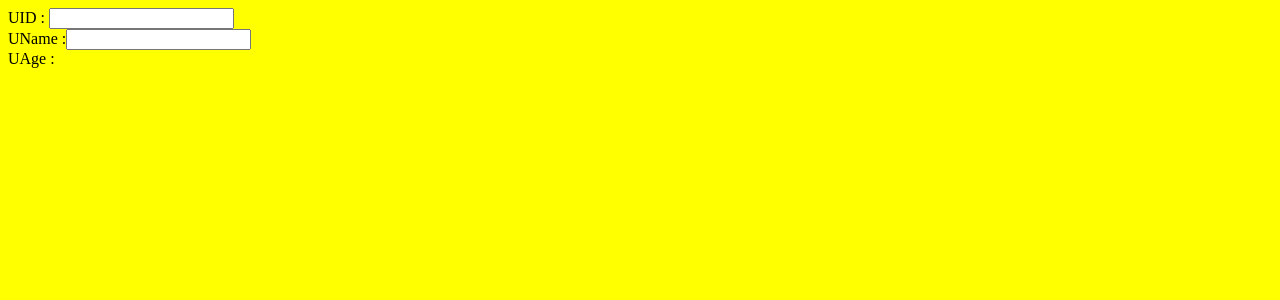
Repository: Thaneshwara848/JSP_Demo
Page: SLProject1/src/main/webapp/Register.html
These files come from the project's save history. The page is drawn as it stood at one moment and after the next save; the edit follows.
The browser window is 1280 px wide. The pictures show the whole page.

Above is the page before, as saved 2022-08-08 15:04:25.

After the next save:
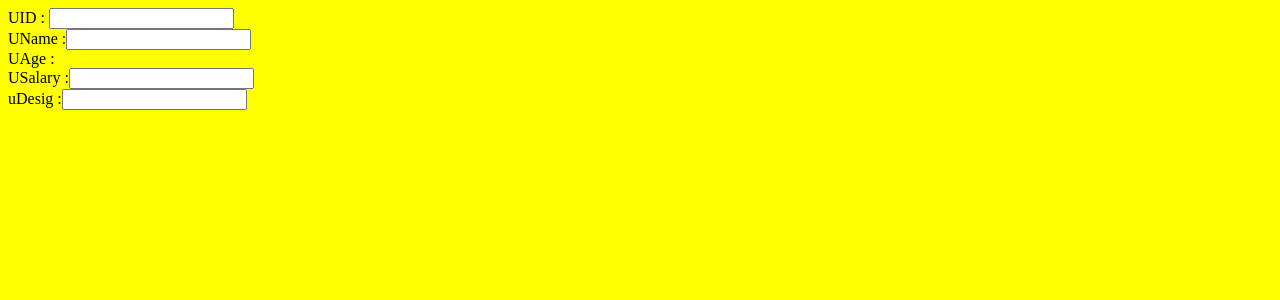
Saved 43 s later.
--- a/SLProject1/src/main/webapp/Register.html
+++ b/SLProject1/src/main/webapp/Register.html
@@ -10,7 +10,10 @@
 
 			UID : <input type="text" name="uid"><br>
 			UName :<input type="text" name="uname"><br>
-			UAge :<input" type="text" name="uage">
+			UAge :<input" type="text" name="uage"><br>
+			USalary :<input type="text" name="usalary"><br>
+			uDesig :<input type="text" name="udesig">
+
 
 
 		</form>
